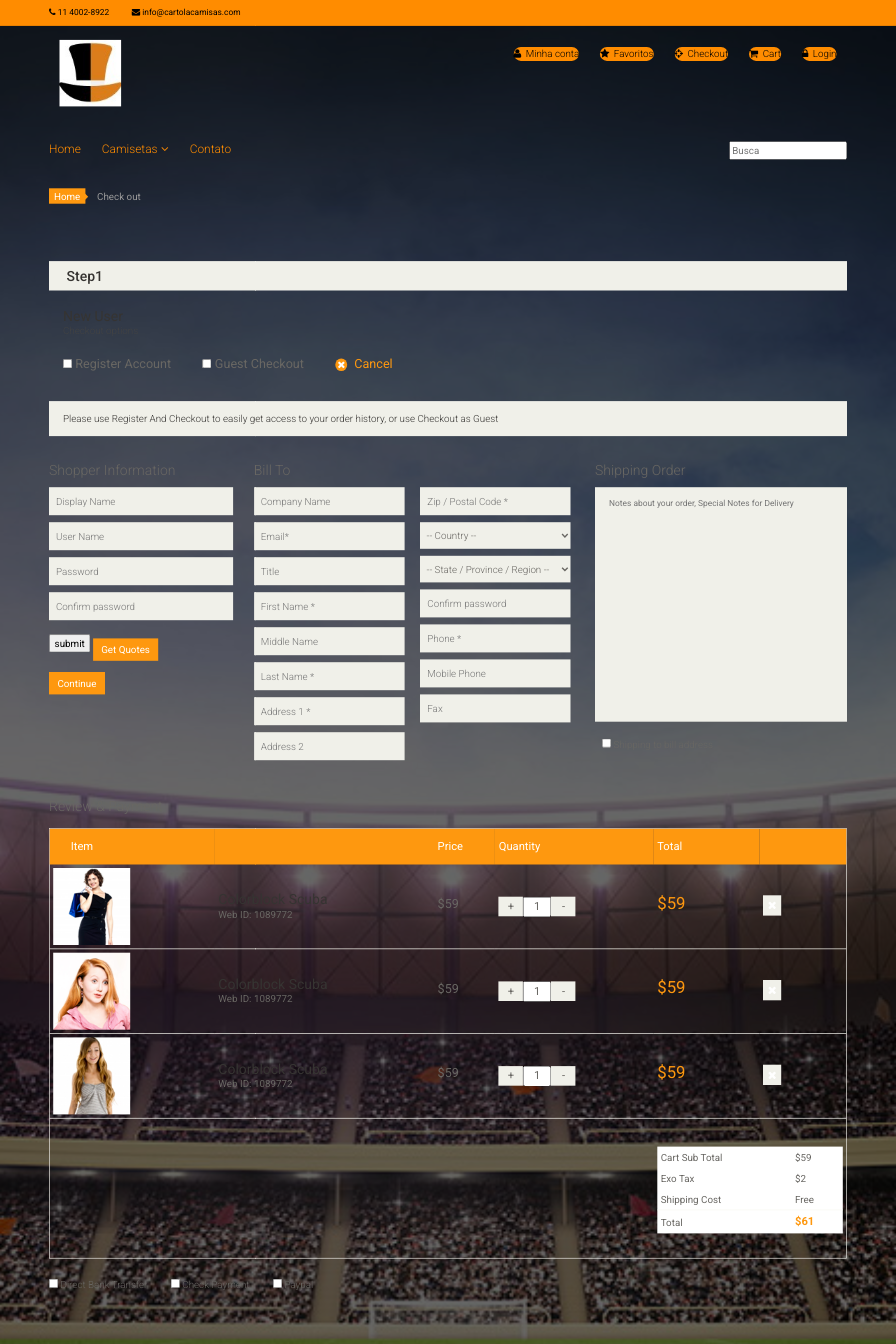
Repository: matheus-bms/camisetaPI
Page: http://localhost/checkout
The author's editor kept a copy of each file at every save. The page is drawn from the files as they stood at one save, then again after a run of saves.
The browser window is 1280 px wide. The pictures show the part of the page from y = 0 to 1920 px (the page is 2568 px tall), at 70% of full size.
Some web fonts or font styles are not loaded; a fallback is used. The page is served by the project's Node server (app.js). Other server files are loaded and not shown.

Above is the page before, as saved 2022-04-26 22:55:56.

### views/checkout.ejs
<%- include('./partials/head'); %>

<body>
	<%- include('./partials/header'); %>

	<section id="cart_items">
		<div class="container">
			<div class="breadcrumbs">
				<ol class="breadcrumb">
				  <li><a href="#">Home</a></li>
				  <li class="active">Check out</li>
				</ol>
			</div><!--/breadcrums-->

			<div class="step-one">
				<h2 class="heading">Step1</h2>
			</div>
			<div class="checkout-options">
				<h3>New User</h3>
				<p>Checkout options</p>
				<ul class="nav">
					<li>
						<label><input type="checkbox"> Register Account</label>
					</li>
					<li>
						<label><input type="checkbox"> Guest Checkout</label>
					</li>
					<li>
						<a href=""><i class="fa fa-times"></i>Cancel</a>
					</li>
				</ul>
			</div><!--/checkout-options-->

			<div class="register-req">
				<p>Please use Register And Checkout to easily get access to your order history, or use Checkout as Guest</p>
			</div><!--/register-req-->

			<div class="shopper-informations">
				<div class="row">
					<div class="col-sm-3">
						<div class="shopper-info">
							<p>Shopper Information</p>
							<form action="/checkout">

								<input type="text" placeholder="Display Name">
								<input type="text" placeholder="User Name">
								<input type="password" placeholder="Password">
								<input type="password" placeholder="Confirm password">
							</form>
							<button type="submit">submit</button>
							<a class="btn btn-primary" href="">Get Quotes</a>
							<a class="btn btn-primary" href="">Continue</a>
						</div>
					</div>
					<div class="col-sm-5 clearfix">
						<div class="bill-to">
							<p>Bill To</p>
							<div class="form-one">
								<form>
									<input type="text" placeholder="Company Name">
									<input type="text" placeholder="Email*">
									<input type="text" placeholder="Title">
									<input type="text" placeholder="First Name *">
									<input type="text" placeholder="Middle Name">
									<input type="text" placeholder="Last Name *">
									<input type="text" placeholder="Address 1 *">
									<input type="text" placeholder="Address 2">
								</form>
							</div>
							<div class="form-two">
								<form>
									<input type="text" placeholder="Zip / Postal Code *">
									<select>
										<option>-- Country --</option>
										<option>United States</option>
										<option>Bangladesh</option>
										<option>UK</option>
										<option>India</option>
										<option>Pakistan</option>
										<option>Ucrane</option>
										<option>Canada</option>
										<option>Dubai</option>
									</select>
									<select>
										<option>-- State / Province / Region --</option>
										<option>United States</option>
										<option>Bangladesh</option>
										<option>UK</option>
										<option>India</option>
										<option>Pakistan</option>
										<option>Ucrane</option>
										<option>Canada</option>
										<option>Dubai</option>
									</select>
									<input type="password" placeholder="Confirm password">
									<input type="text" placeholder="Phone *">
									<input type="text" placeholder="Mobile Phone">
									<input type="text" placeholder="Fax">
								</form>
							</div>
						</div>
					</div>
					<div class="col-sm-4">
						<div class="order-message">
							<p>Shipping Order</p>
							<textarea name="message"  placeholder="Notes about your order, Special Notes for Delivery" rows="16"></textarea>
							<label><input type="checkbox"> Shipping to bill address</label>
						</div>
					</div>
				</div>
			</div>
			<div class="review-payment">
				<h2>Review & Payment</h2>
			</div>

			<div class="table-responsive cart_info">
				<table class="table table-condensed">
					<thead>
						<tr class="cart_menu">
							<td class="image">Item</td>
							<td class="description"></td>
							<td class="price">Price</td>
							<td class="quantity">Quantity</td>
							<td class="total">Total</td>
							<td></td>
						</tr>
					</thead>
					<tbody>
						<tr>
							<td class="cart_product">
								<a href=""><img src="images/cart/one.png" alt=""></a>
							</td>
							<td class="cart_description">
								<h4><a href="">Colorblock Scuba</a></h4>
								<p>Web ID: 1089772</p>
							</td>
							<td class="cart_price">
								<p>$59</p>
							</td>
							<td class="cart_quantity">
								<div class="cart_quantity_button">
									<a class="cart_quantity_up" href=""> + </a>
									<input class="cart_quantity_input" type="text" name="quantity" value="1" autocomplete="off" size="2">
									<a class="cart_quantity_down" href=""> - </a>
								</div>
							</td>
							<td class="cart_total">
								<p class="cart_total_price">$59</p>
							</td>
							<td class="cart_delete">
								<a class="cart_quantity_delete" href=""><i class="fa fa-times"></i></a>
							</td>
						</tr>

						<tr>
							<td class="cart_product">
								<a href=""><img src="images/cart/two.png" alt=""></a>
							</td>
							<td class="cart_description">
								<h4><a href="">Colorblock Scuba</a></h4>
								<p>Web ID: 1089772</p>
							</td>
							<td class="cart_price">
								<p>$59</p>
							</td>
							<td class="cart_quantity">
								<div class="cart_quantity_button">
									<a class="cart_quantity_up" href=""> + </a>
									<input class="cart_quantity_input" type="text" name="quantity" value="1" autocomplete="off" size="2">
									<a class="cart_quantity_down" href=""> - </a>
								</div>
							</td>
							<td class="cart_total">
								<p class="cart_total_price">$59</p>
							</td>
							<td class="cart_delete">
								<a class="cart_quantity_delete" href=""><i class="fa fa-times"></i></a>
							</td>
						</tr>
						<tr>
							<td class="cart_product">
								<a href=""><img src="images/cart/three.png" alt=""></a>
							</td>
							<td class="cart_description">
								<h4><a href="">Colorblock Scuba</a></h4>
								<p>Web ID: 1089772</p>
							</td>
							<td class="cart_price">
								<p>$59</p>
							</td>
							<td class="cart_quantity">
								<div class="cart_quantity_button">
									<a class="cart_quantity_up" href=""> + </a>
									<input class="cart_quantity_input" type="text" name="quantity" value="1" autocomplete="off" size="2">
									<a class="cart_quantity_down" href=""> - </a>
								</div>
							</td>
							<td class="cart_total">
								<p class="cart_total_price">$59</p>
							</td>
							<td class="cart_delete">
								<a class="cart_quantity_delete" href=""><i class="fa fa-times"></i></a>
							</td>
						</tr>
						<tr>
							<td colspan="4">&nbsp;</td>
							<td colspan="2">
								<table class="table table-condensed total-result">
									<tr>
										<td>Cart Sub Total</td>
										<td>$59</td>
									</tr>
									<tr>
										<td>Exo Tax</td>
										<td>$2</td>
									</tr>
									<tr class="shipping-cost">
										<td>Shipping Cost</td>
										<td>Free</td>
									</tr>
									<tr>
										<td>Total</td>
										<td><span>$61</span></td>
									</tr>
								</table>
							</td>
						</tr>
					</tbody>
				</table>
			</div>
			<div class="payment-options">
					<span>
						<label><input type="checkbox"> Direct Bank Transfer</label>
					</span>
					<span>
						<label><input type="checkbox"> Check Payment</label>
					</span>
					<span>
						<label><input type="checkbox"> Paypal</label>
					</span>
				</div>
		</div>
	</section> <!--/#cart_items-->



	<%- include('./partials/footer'); %>
	<%- include('./partials/scripts'); %>
</body>
</html>

### views/partials/head.ejs
<!DOCTYPE html>
<html lang="en">
<head>
    <meta charset="utf-8">
    <meta name="viewport" content="width=device-width, initial-scale=1.0">
    <meta name="description" content="">
    <meta name="author" content="">
    <title>Shop | Cartola Camisas</title>
    <link href=" stylesheets/bootstrap.min.css" rel="stylesheet">
    <link href=" stylesheets/font-awesome.min.css" rel="stylesheet">
    <link href=" stylesheets/prettyPhoto.css" rel="stylesheet">
    <link href=" stylesheets/price-range.css" rel="stylesheet">
    <link href=" stylesheets/animate.css" rel="stylesheet">
	<link href=" stylesheets/main.css" rel="stylesheet">
	<link href=" stylesheets/responsive.css" rel="stylesheet">
    <!--[if lt IE 9]>
    <script src="js/html5shiv.js"></script>
    <script src="js/respond.min.js"></script>
    <![endif]-->
    <link rel="shortcut icon" href="/images/ico/favicon.ico">
    <link rel="apple-touch-icon-precomposed" sizes="144x144" href="/images/ico/apple-touch-icon-144-precomposed.png">
    <link rel="apple-touch-icon-precomposed" sizes="114x114" href="/images/ico/apple-touch-icon-114-precomposed.png">
    <link rel="apple-touch-icon-precomposed" sizes="72x72" href="/images/ico/apple-touch-icon-72-precomposed.png">
    <link rel="apple-touch-icon-precomposed" href="/images/ico/apple-touch-icon-57-precomposed.png">
</head><!--/head-->

### views/partials/header.ejs
<header id="header"><!--header-->
    <div class="header_top"><!--header_top-->
        <div class="container">
            <div class="row">
                <div class="col-sm-6">
                    <div class="contactinfo">
                        <ul class="nav nav-pills">
                            <li><a href="#"><i class="fa fa-phone"></i> 11 4002-8922</a></li>
                            <li><a href="#"><i class="fa fa-envelope"></i> info@cartolacamisas.com</a></li>
                        </ul>
                    </div>
                </div>
                <div class="col-sm-6">
                    <div class="social-icons pull-right"><!--
                        <ul class="nav navbar-nav">
                            <li><a href="#"><i class="fa fa-facebook"></i></a></li>
                            <li><a href="#"><i class="fa fa-twitter"></i></a></li>
                            <li><a href="#"><i class="fa fa-linkedin"></i></a></li>
                            <li><a href="#"><i class="fa fa-dribbble"></i></a></li>
                            <li><a href="#"><i class="fa fa-google-plus"></i></a></li>
                        </ul> </!---->
                    </div>
                </div>
            </div>
        </div>
    </div><!--/header_top-->

    <div class="header-middle"><!--header-middle-->
        <div class="container">
            <div class="row">
                <div class="col-md-4 clearfix">
                    <div class="logo pull-left">
                        <a href="home"><img src="images/home/chapeuLogo.jpeg" alt="" /></a>
                    </div>
                    <!-- <div class="btn-group pull-right clearfix">
                        <div class="btn-group">
                            <button type="button" class="btn btn-default dropdown-toggle usa" data-toggle="dropdown">
                                USA
                                <span class="caret"></span>
                            </button>
                            <ul class="dropdown-menu">
                                <li><a href="">Canada</a></li>
                                <li><a href="">UK</a></li>
                            </ul>
                        </div>

                        <div class="btn-group">
                            <button type="button" class="btn btn-default dropdown-toggle usa" data-toggle="dropdown">
                                DOLLAR
                                <span class="caret"></span>
                            </button>
                            <ul class="dropdown-menu">
                                <li><a href="">Canadian Dollar</a></li>
                                <li><a href="">Pound</a></li>
                            </ul>
                        </div>
                    </div> -->
                </div>
                <div class="col-md-8 clearfix">
                    <div class="shop-menu clearfix pull-right">
                        <ul class="nav navbar-nav">
                            <li><a href=""><i class="fa fa-user"></i> Minha conta</a></li>
                            <li><a href=""><i class="fa fa-star"></i> Favoritos</a></li>
                            <li><a href="checkout"><i class="fa fa-crosshairs"></i> Checkout</a></li>
                            <li><a href="cart"><i class="fa fa-shopping-cart"></i> Cart</a></li>
                            <li><a href="login"><i class="fa fa-lock"></i> Login</a></li>
                        </ul>
                    </div>
                </div>
            </div>
        </div>
    </div><!--/header-middle-->

    <div class="header-bottom"><!--header-bottom-->
        <div class="container">
            <div class="row">
                <div class="col-sm-9">
                    <div class="navbar-header">
                        <button type="button" class="navbar-toggle" data-toggle="collapse" data-target=".navbar-collapse">
                            <span class="sr-only">Toggle navigation</span>
                            <span class="icon-bar"></span>
                            <span class="icon-bar"></span>
                            <span class="icon-bar"></span>
                        </button>
                    </div>
                    <div class="mainmenu pull-left">
                        <ul class="nav navbar-nav collapse navbar-collapse">
                            <li><a href="home" class="active">Home</a></li>
                            <li class="dropdown"><a href="#">Camisetas<i class="fa fa-angle-down"></i></a>
                                <ul role="menu" class="sub-menu">
                                    <li><a href="shop">Masculinas</a></li>
                                    <li><a href="product-details">Femininas</a></li>
                                    <li><a href="checkout">Promoções</a></li>
                                    <li><a href="carrinho">Carrinho</a></li>
                                    <li><a href="login">Login</a></li>
                                </ul>
                            </li>
                            <!-- <li class="dropdown"><a href="#">Blog<i class="fa fa-angle-down"></i></a>
                                <ul role="menu" class="sub-menu">
                                    <li><a href="blog">Blog List</a></li>
                                    <li><a href="blog-single">Blog Single</a></li>
                                </ul>
                            </li>
                            <li><a href="404">404</a></li> -->
                            <li><a href="contato">Contato</a></li>
                        </ul>
                    </div>
                </div>
                <div class="col-sm-3">
                    <div class="search_box pull-right">
                        <input type="text" placeholder="Busca"/>
                    </div>
                </div>
            </div>
        </div>
    </div><!--/header-bottom-->
</header><!--/header-->

### views/partials/scripts.ejs
<script src="/javascripts/jquery.js"></script>
<script src="/javascripts/price-range.js"></script>
<script src="/javascripts/jquery.scrollUp.min.js"></script>
<script src="/javascripts/bootstrap.min.js"></script>
<script src="/javascripts/jquery.prettyPhoto.js"></script>
<script src="/javascripts/main.js"></script>

### public/stylesheets/price-range.css
/*!
 * Slider for Bootstrap
 *
 * Copyright 2012 Stefan Petre
 * Licensed under the Apache License v2.0
 * http://www.apache.org/licenses/LICENSE-2.0
 *
 */
.slider {
  display: inline-block;
  vertical-align: middle;
  position: relative;
}
.slider.slider-horizontal {
  width: 210px;
  height: 20px;
}
.slider.slider-horizontal .slider-track {
  height: 15px;
  left: 0;
  margin-top: -5px;
  top: 50%;
  width: 100%;
}
.slider.slider-horizontal .slider-selection {
  height: 100%;
  top: 0;
  bottom: 0;
}
.slider.slider-horizontal .slider-handle {
  margin-left: -12px;
  margin-top: 2px;
}

.left-round{
  margin-left:2px !important;
}

.slider.slider-horizontal .slider-handle.triangle {
  border-width: 0 10px 10px 10px;
  width: 0;
  height: 0;
  border-bottom-color: #0480be;
  margin-top: 0;
}
.slider.slider-vertical {
  height: 210px;
  width: 20px;
}
.slider.slider-vertical .slider-track {
  width: 10px;
  height: 100%;
  margin-left: -5px;
  left: 50%;
  top: 0;
}
.slider.slider-vertical .slider-selection {
  width: 100%;
  left: 0;
  top: 0;
  bottom: 0;
}
.slider.slider-vertical .slider-handle {
  margin-left: -5px;
  margin-top: -10px;
}
.slider.slider-vertical .slider-handle.triangle {
  border-width: 10px 0 10px 10px;
  width: 1px;
  height: 1px;
  border-left-color: #0480be;
  margin-left: 0;
}
.slider input {
  display: none;
}
.slider .tooltip-inner {
  white-space: nowrap;
}
.slider-track {
  position: absolute;
  cursor: pointer;
  background-color: #f7f7f7;
  background-image: -moz-linear-gradient(top, #f5f5f5, #f9f9f9);
  background-image: -webkit-gradient(linear, 0 0, 0 100%, from(#f5f5f5), to(#f9f9f9));
  background-image: -webkit-linear-gradient(top, #f5f5f5, #f9f9f9);
  background-image: -o-linear-gradient(top, #f5f5f5, #f9f9f9);
  background-image: linear-gradient(to bottom, #f5f5f5, #f9f9f9);
  background-repeat: repeat-x;
  filter: progid:DXImageTransform.Microsoft.gradient(startColorstr='#fff5f5f5', endColorstr='#fff9f9f9', GradientType=0);
  -webkit-box-shadow: inset 0 1px 2px rgba(0, 0, 0, 0.1);
  -moz-box-shadow: inset 0 1px 2px rgba(0, 0, 0, 0.1);
  box-shadow: inset 0 1px 2px rgba(0, 0, 0, 0.1);
  -webkit-border-radius: 15px;
  -moz-border-radius: 15px;
  border-radius: 15px;
}

.slider-selection {
  -moz-box-sizing: border-box;
  background: none repeat scroll 0 0 #FE980F;
  border-radius: 15px;
  box-shadow: 0 -1px 0 rgba(0, 0, 0, 0.15) inset;
  position: absolute;
}

.slider-handle {
  background: #fff;
  box-shadow:none;
  height: 10px;
  opacity: 1;
  position: absolute;
  width: 10px;
}

.slider-handle.round {
  -webkit-border-radius: 20px;
  -moz-border-radius: 20px;
  border-radius: 20px;
}
.slider-handle.triangle {
  background: transparent none;
}

Loaded but not shown: public/stylesheets/bootstrap.min.css (library); public/stylesheets/font-awesome.min.css (library); public/stylesheets/animate.css (library); public/javascripts/jquery.js (library); public/javascripts/jquery.scrollUp.min.js (common file); public/javascripts/bootstrap.min.js (library); public/javascripts/jquery.prettyPhoto.js (library); public/javascripts/price-range.js (388 lines, source omitted); public/javascripts/main.js (32 lines, source omitted); controller/UserController.js (50 lines, source omitted); app.js (41 lines, source omitted); public/stylesheets/main.css (2456 lines, source omitted); public/stylesheets/prettyPhoto.css (170 lines, source omitted); public/stylesheets/responsive.css (481 lines, source omitted); views/partials/footer.ejs (153 lines, source omitted)

After the next 2 saves:
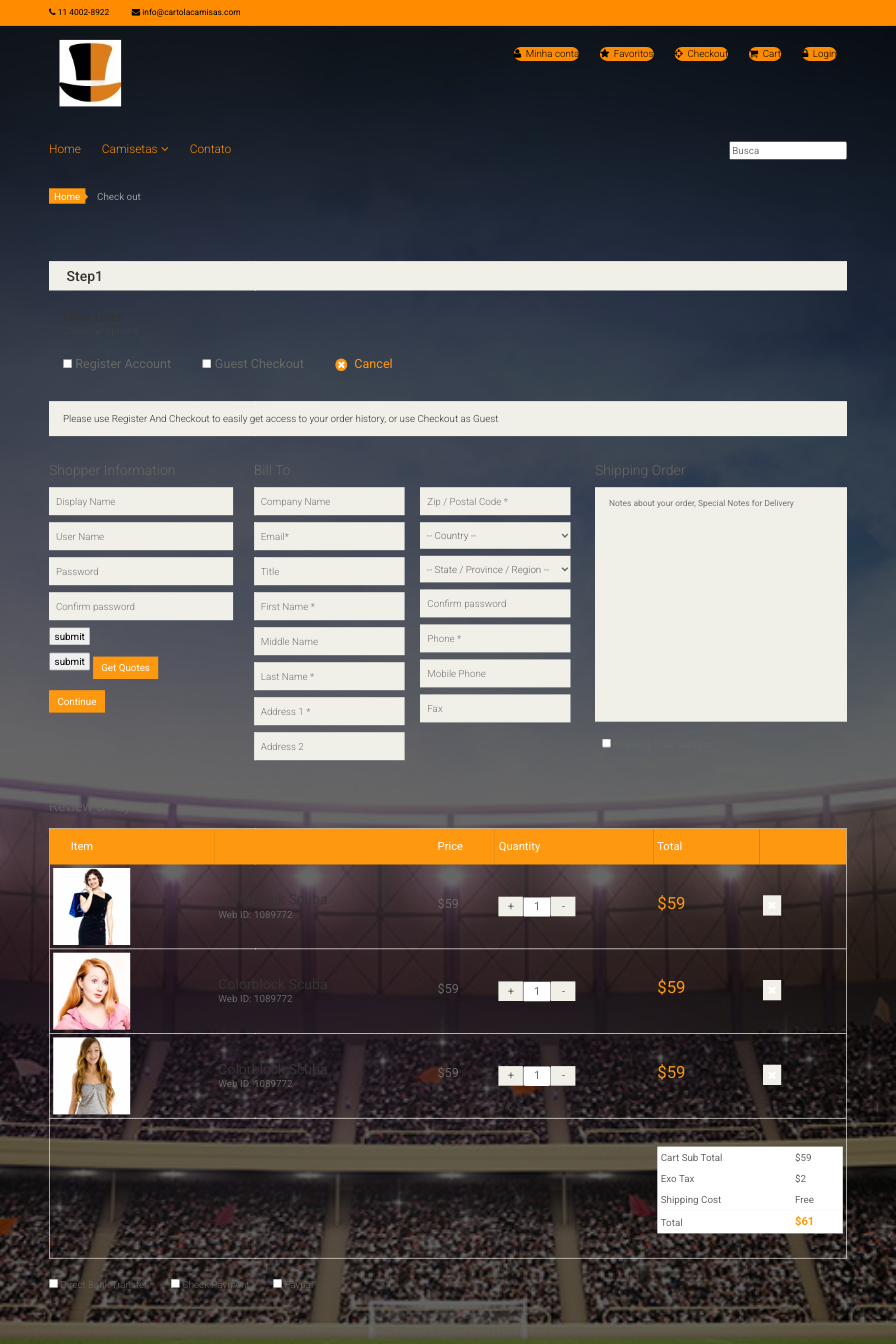
The 2 saves are shown as one change because they came seconds apart.
The last was saved 79 s later.
--- a/views/checkout.ejs
+++ b/views/checkout.ejs
@@ -46,6 +46,7 @@
 								<input type="text" placeholder="User Name">
 								<input type="password" placeholder="Password">
 								<input type="password" placeholder="Confirm password">
+								<button type="submit">submit</button>
 							</form>
 							<button type="submit">submit</button>
 							<a class="btn btn-primary" href="">Get Quotes</a>
